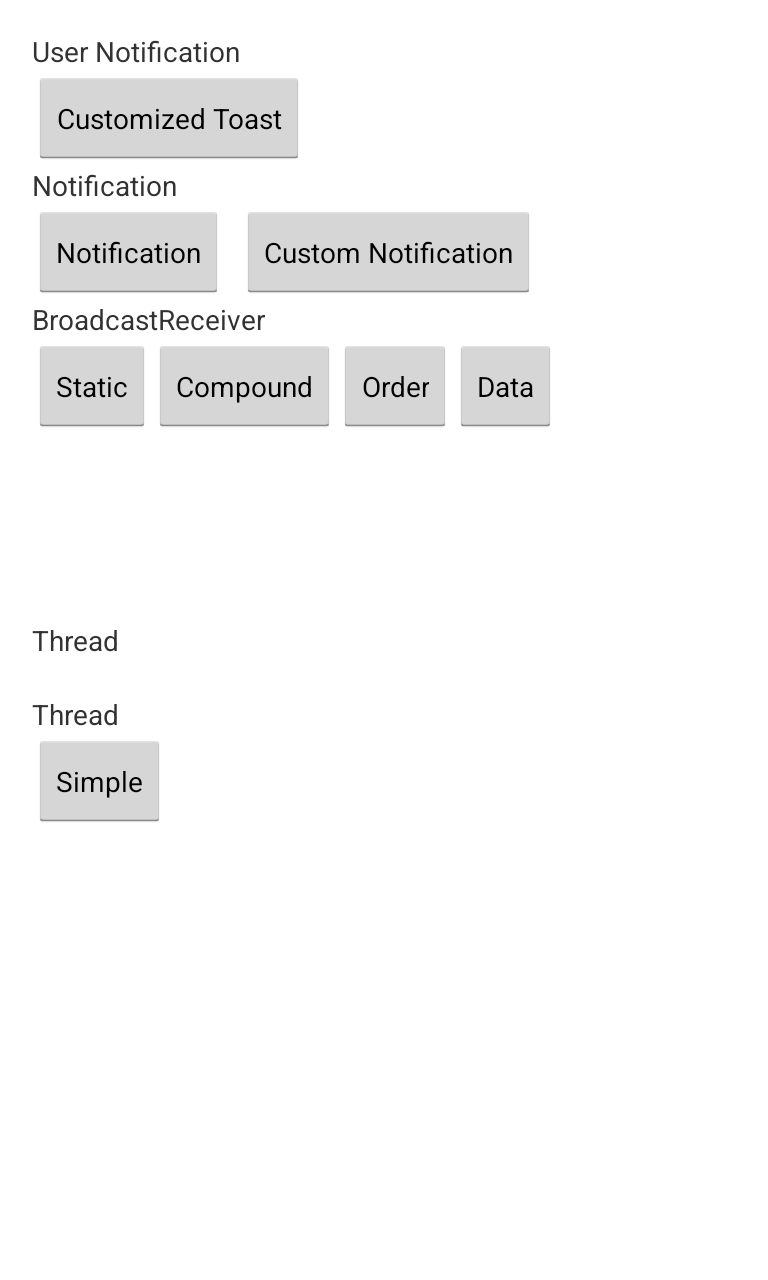
Repository: Amir13/Android_Basic_Steps
Layout: ViewElements2/res/layout/activity_main.xml
These files come from the project's save history. The layout is drawn as it stood at one moment and after the next save; the edit follows.
It is drawn on a 768 x 1280 px phone screen (xhdpi) without system bars, with theme AppTheme; the app's code is not run.

Above is the layout before, as saved 2014-05-31 04:28:57.

### ViewElements2/res/layout/activity_main.xml
<RelativeLayout xmlns:android="http://schemas.android.com/apk/res/android"
    xmlns:tools="http://schemas.android.com/tools"
    android:layout_width="match_parent"
    android:layout_height="match_parent"
    android:paddingBottom="@dimen/activity_vertical_margin"
    android:paddingLeft="@dimen/activity_horizontal_margin"
    android:paddingRight="@dimen/activity_horizontal_margin"
    android:paddingTop="@dimen/activity_vertical_margin"
    tools:context=".MainActivity" >

    <TextView
        android:id="@+id/textView1"
        android:layout_width="wrap_content"
        android:layout_height="wrap_content"
        android:text="@string/user_notification" />

    <Button
        android:id="@+id/buttonToast"
        style="?android:attr/buttonStyleSmall"
        android:layout_width="wrap_content"
        android:layout_height="wrap_content"
        android:layout_alignLeft="@+id/textView1"
        android:layout_below="@+id/textView1"
        android:text="@string/customized_toast" />

    <Button
        android:id="@+id/buttonNotification"
        style="?android:attr/buttonStyleSmall"
        android:layout_width="wrap_content"
        android:layout_height="wrap_content"
        android:layout_alignLeft="@+id/textView2"
        android:layout_below="@+id/textView2"
        android:text="@string/notification" />

    <Button
        android:id="@+id/buttonCustomNotification"
        style="?android:attr/buttonStyleSmall"
        android:layout_width="wrap_content"
        android:layout_height="wrap_content"
        android:layout_alignBaseline="@+id/buttonNotification"
        android:layout_alignBottom="@+id/buttonNotification"
        android:layout_toRightOf="@+id/textView1"
        android:text="@string/custom_notification" />

    <Button
        android:id="@+id/buttonBroadcastSingle"
        style="?android:attr/buttonStyleSmall"
        android:layout_width="wrap_content"
        android:layout_height="wrap_content"
        android:layout_alignLeft="@+id/textView3"
        android:layout_below="@+id/textView3"
        android:text="@string/broadcast_static" />

    <TextView
        android:id="@+id/textView3"
        android:layout_width="wrap_content"
        android:layout_height="wrap_content"
        android:layout_alignLeft="@+id/buttonNotification"
        android:layout_below="@+id/buttonNotification"
        android:text="@string/broadcast" />

    <TextView
        android:id="@+id/textView2"
        android:layout_width="wrap_content"
        android:layout_height="wrap_content"
        android:layout_alignLeft="@+id/buttonToast"
        android:layout_below="@+id/buttonToast"
        android:text="@string/notification" />

    <Button
        android:id="@+id/buttonBrOrder"
        style="?android:attr/buttonStyleSmall"
        android:layout_width="wrap_content"
        android:layout_height="wrap_content"
        android:layout_alignBaseline="@+id/buttonBroadcastSingle"
        android:layout_alignBottom="@+id/buttonBroadcastSingle"
        android:layout_toRightOf="@+id/buttonBroadcastSingle"
        android:text="@string/buttonBrCompound" />

    <Button
        android:id="@+id/buttonBrCompoundOrder"
        style="?android:attr/buttonStyleSmall"
        android:layout_width="wrap_content"
        android:layout_height="wrap_content"
        android:layout_alignBaseline="@+id/buttonBrOrder"
        android:layout_alignBottom="@+id/buttonBrOrder"
        android:layout_toRightOf="@+id/buttonBrOrder"
        android:text="@string/buttonBrOrder" />

    <Button
        android:id="@+id/buttonBrCollectData"
        style="?android:attr/buttonStyleSmall"
        android:layout_width="wrap_content"
        android:layout_height="wrap_content"
        android:layout_alignBaseline="@+id/buttonBrCompoundOrder"
        android:layout_alignBottom="@+id/buttonBrCompoundOrder"
        android:layout_toRightOf="@+id/buttonBrCompoundOrder"
        android:text="@string/buttonBrData" />

    <TextView
        android:id="@+id/textViewBr"
        android:layout_width="wrap_content"
        android:layout_height="wrap_content"
        android:layout_alignLeft="@+id/buttonBroadcastSingle"
        android:layout_alignRight="@+id/buttonCustomNotification"
        android:layout_centerVertical="true"
        android:text="@string/thread" />

    <TextView
        android:id="@+id/textView4"
        android:layout_width="wrap_content"
        android:layout_height="wrap_content"
        android:layout_alignLeft="@+id/textViewBr"
        android:layout_below="@+id/textViewBr"
        android:layout_marginTop="18dp"
        android:text="@string/thread" />

    <Button
        android:id="@+id/buttonSimpleThread"
        style="?android:attr/buttonStyleSmall"
        android:layout_width="wrap_content"
        android:layout_height="wrap_content"
        android:layout_alignLeft="@+id/textView4"
        android:layout_below="@+id/textView4"
        android:text="@string/simple_thread" />

</RelativeLayout>

### ViewElements2/res/values/strings.xml
<?xml version="1.0" encoding="utf-8"?>
<resources>

    <string name="app_name">ViewElements</string>
    <string name="action_settings">Settings</string>
    <string name="user_notification">User Notification</string>
    <string name="customized_toast">Customized Toast</string>
    <string name="message">This is a Layout used for customized a Toast and Notification</string>
    <string name="notification">Notification</string>
    <string name="title_activity_notification_second">NotificationSecondActivity</string>
    <string name="notification_second_activity">This second activity was invoked from the notification bar.</string>
    <string name="custom_notification">Custom Notification</string>
    <string name="broadcast">BroadcastReceiver</string>
    <string name="broadcast_static">Static</string>
    <string name="buttonBrCompound">Compound</string>
    <string name="buttonBrOrder">Order</string>
    <string name="buttonBrData">Data</string>
    <string name="title_activity_simple_thread">SimpleThreadActivity</string>
    <string name="thread">Thread</string>
    <string name="simple_thread">Simple</string>
    <string name="simple_thread_desc">This example only load a picture by a thread.</string>
    <string name="btn_load_image">Load Image</string>
    <string name="btn_toast">Toast</string>

</resources>

Loaded but not shown: ViewElements2/res/values/styles.xml (common file); ViewElements2/res/values-v11/styles.xml (common file); ViewElements2/res/values-v14/styles.xml (common file); ViewElements2/res/values/dimens.xml (common file)

After the next save:
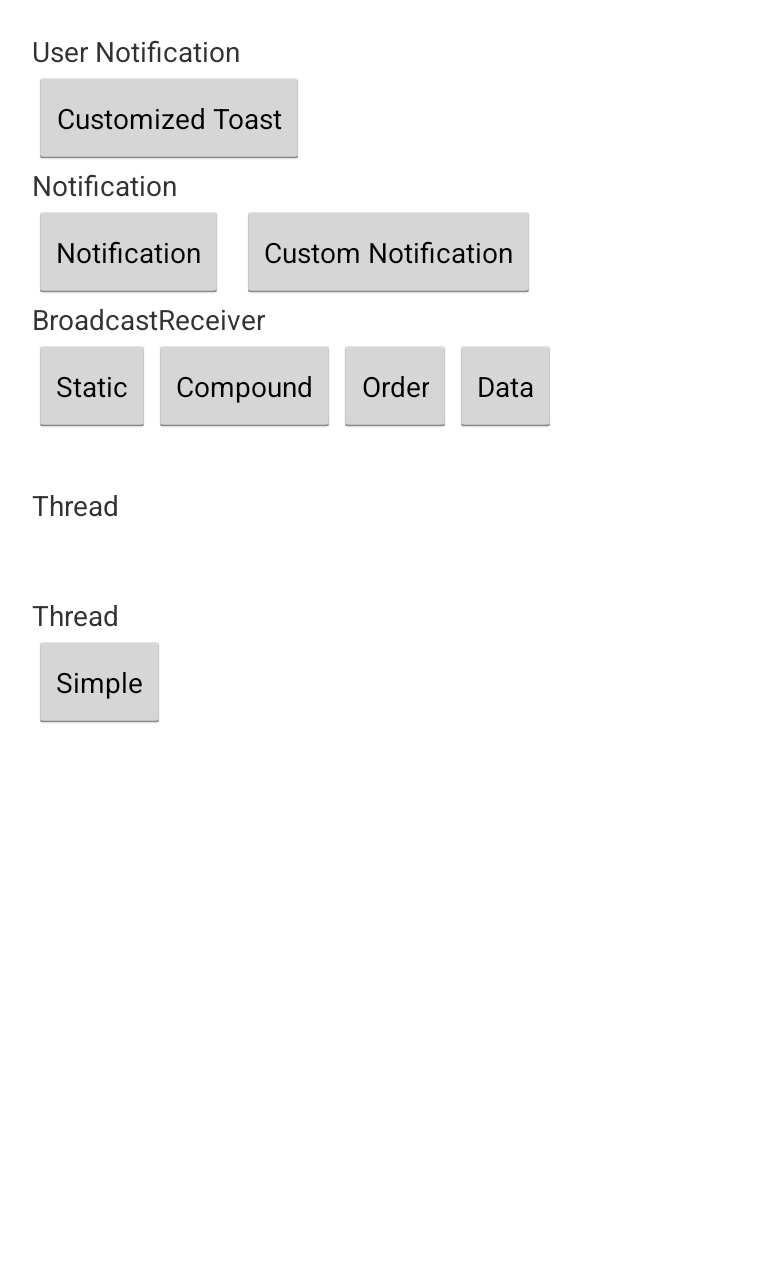
Saved 117 s later.
--- a/ViewElements2/res/layout/activity_main.xml
+++ b/ViewElements2/res/layout/activity_main.xml
@@ -98,21 +98,21 @@
         android:text="@string/buttonBrData" />
 
     <TextView
-        android:id="@+id/textViewBr"
-        android:layout_width="wrap_content"
-        android:layout_height="wrap_content"
-        android:layout_alignLeft="@+id/buttonBroadcastSingle"
-        android:layout_alignRight="@+id/buttonCustomNotification"
-        android:layout_centerVertical="true"
-        android:text="@string/thread" />
-
-    <TextView
         android:id="@+id/textView4"
         android:layout_width="wrap_content"
         android:layout_height="wrap_content"
         android:layout_alignLeft="@+id/textViewBr"
         android:layout_below="@+id/textViewBr"
-        android:layout_marginTop="18dp"
+        android:layout_marginTop="36dp"
+        android:text="@string/thread" />
+
+    <TextView
+        android:id="@+id/textViewBr"
+        android:layout_width="wrap_content"
+        android:layout_height="wrap_content"
+        android:layout_alignLeft="@+id/buttonBroadcastSingle"
+        android:layout_below="@+id/buttonBroadcastSingle"
+        android:layout_marginTop="26dp"
         android:text="@string/thread" />
 
     <Button
